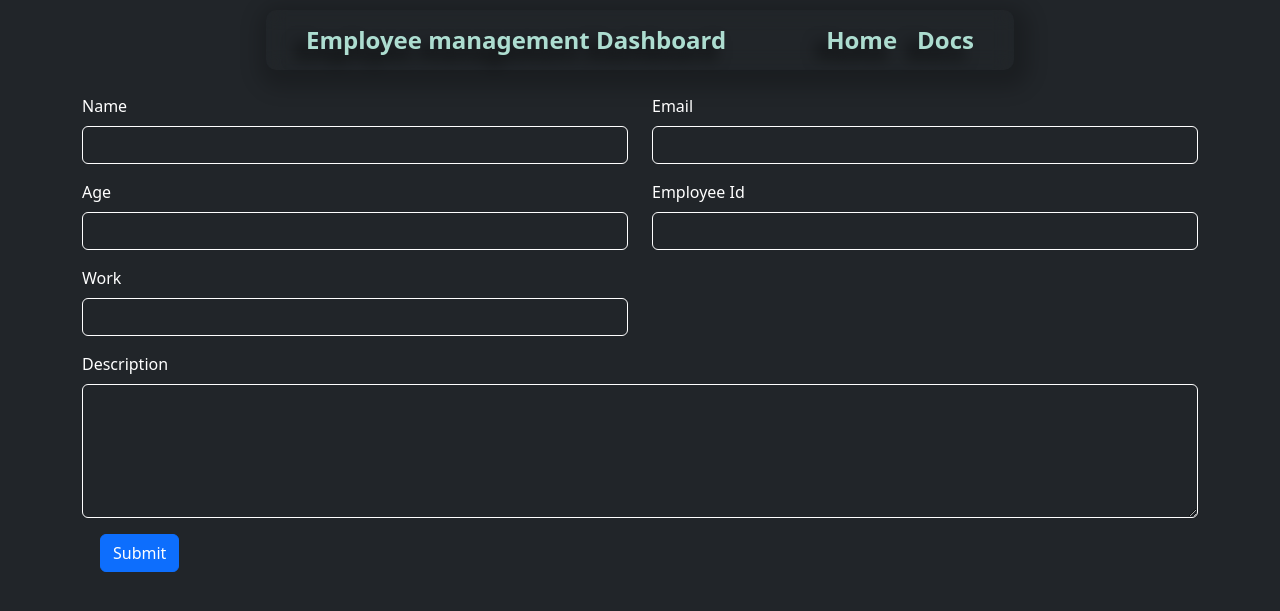
Repository: iamevs/Employee-Management-System
Page: /register (app in client/)
An editor plug-in stored every save of this project. The page is shown before and after the next save, followed by the edit.
The browser window is 1280 px wide. The pictures show the whole page.
The project was rebuilt for these pictures with package versions that can differ from the ones it lists, and the page was loaded fresh each time. Also part of the build but not shown: client/vite.config.js, client/src/components/Home.jsx, client/src/components/Edit.jsx, client/src/components/Hero.jsx. Imported but missing from the stored project, and not drawn on this page: client/src/components/Details.

Above is the page before, as saved 2022-11-29 00:49:26.

### client/index.html
<html lang="en">
  <head>
    <meta charset="UTF-8" />
    <link rel="icon" type="image/svg+xml" href="/vite.svg" />
    <meta name="viewport" content="width=device-width, initial-scale=1.0" />
    <title>employee-management</title>
  </head>
  <body>
    <div id="root"></div>
    <script type="module" src="/src/main.jsx"></script>
  </body>
</html>

### client/src/main.jsx
import React, { StrictMode } from 'react';
import ReactDOM from 'react-dom';
import { createRoot } from "react-dom/client";
import './index.css';
import App from './App';
import { BrowserRouter } from "react-router-dom"
import ContextProvider from "./components/context/ContextProvider";
// root.render(
//   <StrictMode>
//   <ContextProvider>
//     <BrowserRouter>
//       <App />
//     </BrowserRouter>
//   </ContextProvider>
//   </StrictMode>
//   ,
//   document.getElementById('root')
// );


createRoot(document.getElementById('root')).render(
  <ContextProvider>
    <BrowserRouter>
      <App />
    </BrowserRouter>
  </ContextProvider>
)

### client/src/index.css
body {
  margin: 0;
  font-family: -apple-system, BlinkMacSystemFont, 'Segoe UI', 'Roboto', 'Oxygen',
    'Ubuntu', 'Cantarell', 'Fira Sans', 'Droid Sans', 'Helvetica Neue',
    sans-serif;
  -webkit-font-smoothing: antialiased;
  -moz-osx-font-smoothing: grayscale;
  background-color: #212529 !important;
  color: #fff !important;
}

code {
  font-family: source-code-pro, Menlo, Monaco, Consolas, 'Courier New',
    monospace;
}

.btns{
  display: flex;
  justify-content: space-between;
}

.btns > .tool, .tool{
  /* border: 1px solid #fff; */
  backdrop-filter: blur(10px);
  box-shadow: 0px 0px 9px 1px rgb(0 0 0 / 35%);
}

.form-control{
  background-color: #212529 !important;
  color: #C8DBBE !important;
  border: 1px solid #fff !important;
}

### client/src/App.jsx
import './App.css';
import "../node_modules/bootstrap/dist/css/bootstrap.min.css"
import "../node_modules/bootstrap/dist/js/bootstrap.bundle.min.js"
import Navbar from './components/Navbar';
import Home from './components/Home';
import Register from './components/Register';
import Edit from './components/Edit';
import Details from './components/Details';
import Hero from "./components/Hero.jsx";
import {Routes,Route} from "react-router-dom"




function App() {
  return (
   <>
    <Navbar />
    <Routes>
      <Route path="/" element={<Hero/>} />
      <Route  path="/home" element={<Home/>} />
      <Route exact path="/register" element={<Register/>} />
      <Route exact path="/edit/:id" element={<Edit/>} />
      <Route exact path="/view/:id" element={<Details/>} />
    </Routes>

   </>
  );
}

export default App;

### client/src/components/context/ContextProvider.jsx
import React, { createContext, useState } from 'react'


export const adddata = createContext("");
export const updatedata = createContext("");
export const deldata = createContext("");

const ContextProvider = ({ children }) => {

    const [udata, setUdata] = useState("");
    const [updata, setUPdata] = useState("");
    const [dltdata, setDLTdata] = useState("");


    return (
        <adddata.Provider value={{ udata, setUdata }}>
            <updatedata.Provider value={{ updata, setUPdata }}>
                <deldata.Provider value={{dltdata, setDLTdata}}>
                    {children}
                </deldata.Provider>

            </updatedata.Provider>

        </adddata.Provider>
    )
}

export default ContextProvider;

### client/src/App.css
.add_btn{
  text-align: right;
}

.container{
  overflow: auto;
}

.left_view h3{
  font-size: 21px;
}

.left_view p{
  font-weight: 600;
}

.left_view span{
  font-weight: 400;
}

.right_view p{
  font-weight: 600;
}


.right_view span{
  font-weight: 400;
}

### client/src/components/Navbar.jsx
import React from 'react'
import { NavLink } from 'react-router-dom'
import { Box, Stack } from "@mui/material";


const Navbar = () => {
    return (
        <Stack justifyContent={"center"} direction={"row"} marginTop={"10px"}>
            <Box justifyContent={"space-between"} alignItems={"center"} className="navbar navbar-expand-lg text-white" sx={{
                backgroundColor: "transparent",
                backdropFilter: "blur(10px) !important",
                position: "relative",
                color: "white",
                boxShadow: "4px 7px 20px 11px rgb(0 0 0 / 20%)",
                height: "60px",
                padding: "0 40px 0 40px",
                width: "auto",
                borderRadius: "10px"
            }}>
                <Box sx={{
                    fontSize: "1.5rem",
                    color: "#ADDDD0",
                    fontWeight: "600",
                    textShadow: "-10px 10px 15px rgba(0, 0, 0, 0.8)",
                    marginRight: "100px"
                }}>Employee management Dashboard</Box>
                <Box direction={"row"}>
                    <a href="/home" style={{
                        fontSize: "1.5rem",
                        color: "#ADDDD0",
                        fontWeight: "600",
                        textShadow: "-10px 10px 15px rgba(0, 0, 0, 0.8)",
                        textDecoration: "none",
                    }}>Home</a>
                    <a href="/" style={{
                        fontSize: "1.5rem",
                        color: "#ADDDD0",
                        fontWeight: "600",
                        textShadow: "-10px 10px 15px rgba(0, 0, 0, 0.8)",
                        textDecoration: "none",
                        marginLeft: "20px"
                    }}>Docs</a>

                </Box>
            </Box>
        </Stack>
    )
}

export default Navbar

### client/src/components/Register.jsx
import React, { useContext, useState } from 'react'
import { NavLink, useNavigate } from 'react-router-dom'
import { adddata } from './context/ContextProvider';

var link = "http://localhost:8001/create";

const Register = () => {

    const { udata, setUdata } = useContext(adddata);

    const history = useNavigate();

    const [inpval, setINP] = useState({
        name: "",
        email: "",
        age: "",
        mobile: "",
        work: "",
        desc: ""
    })

    const setdata = (e) => {
        console.log(e.target.value);
        const { name, value } = e.target;
        setINP((preval) => {
            return {
                ...preval,
                [name]: value
            }
        })
    }


    const addinpdata = async (e) => {
        e.preventDefault();

        const { name, email, work, mobile, desc, age } = inpval;


        if (name == "") {
            alert("name is required")
        } else if (email == "") {
            alert("email is required")
        } else if (!email.includes("@")) {
            alert("enter valid email")
        } else if (work == "") {
            alert("work is required")
        } else if (mobile == "") {
            alert("emp id is required")
        } else if (age == "") {
            alert("age is required")
        } else {

            const res = await fetch(link, {
                method: "POST",
                headers: {
                    "Content-Type": "application/json"
                },
                body: JSON.stringify({
                    name, email, work, mobile, desc, age
                })
            });

            const data = await res.json();
            console.log(data);

            if (res.status === 422 || !data) {
                console.log("error ");
                alert("error");

            } else {
                history("/home");
                setUdata(data)
                console.log("data added");

            }
        }

    }

    return (
        <div className="container">
            <form className="mt-4">
                <div className="row">
                    <div class="mb-3 col-lg-6 col-md-6 col-12">
                        <label for="exampleInputEmail1" class="form-label">Name</label>
                        <input type="text" value={inpval.name} onChange={setdata} name="name" class="form-control" id="exampleInputEmail1" aria-describedby="emailHelp" />
                    </div>
                    <div class="mb-3 col-lg-6 col-md-6 col-12">
                        <label for="exampleInputPassword1" class="form-label">Email</label>
                        <input type="email" value={inpval.email} onChange={setdata} name="email" class="form-control" id="exampleInputPassword1" />
                    </div>
                    <div class="mb-3 col-lg-6 col-md-6 col-12">
                        <label for="exampleInputPassword1" class="form-label">Age</label>
                        <input type="text" value={inpval.age} onChange={setdata} name="age" class="form-control" id="exampleInputPassword1" />
                    </div>
                    <div class="mb-3 col-lg-6 col-md-6 col-12">
                        <label for="exampleInputPassword1" class="form-label">Employee Id</label>
                        <input type="number" value={inpval.mobile} onChange={setdata} name="mobile" class="form-control" id="exampleInputPassword1" />
                    </div>
                    <div class="mb-3 col-lg-6 col-md-6 col-12">
                        <label for="exampleInputPassword1" class="form-label">Work</label>
                        <input type="text" value={inpval.work} onChange={setdata} name="work" class="form-control" id="exampleInputPassword1" />
                    </div>
                    <div class="mb-3 col-lg-12 col-md-12 col-12">
                        <label for="exampleInputPassword1" class="form-label">Description</label>
                        <textarea name="desc" value={inpval.desc} onChange={setdata} className="form-control" id="" cols="30" rows="5"></textarea>
                    </div>

                    <button type="submit" onClick={addinpdata} class="btn btn-primary" style={{width: "auto", marginLeft: "30px"}}>Submit</button>
                </div>
            </form>
        </div>
    )
}
export default Register;

After the next save:
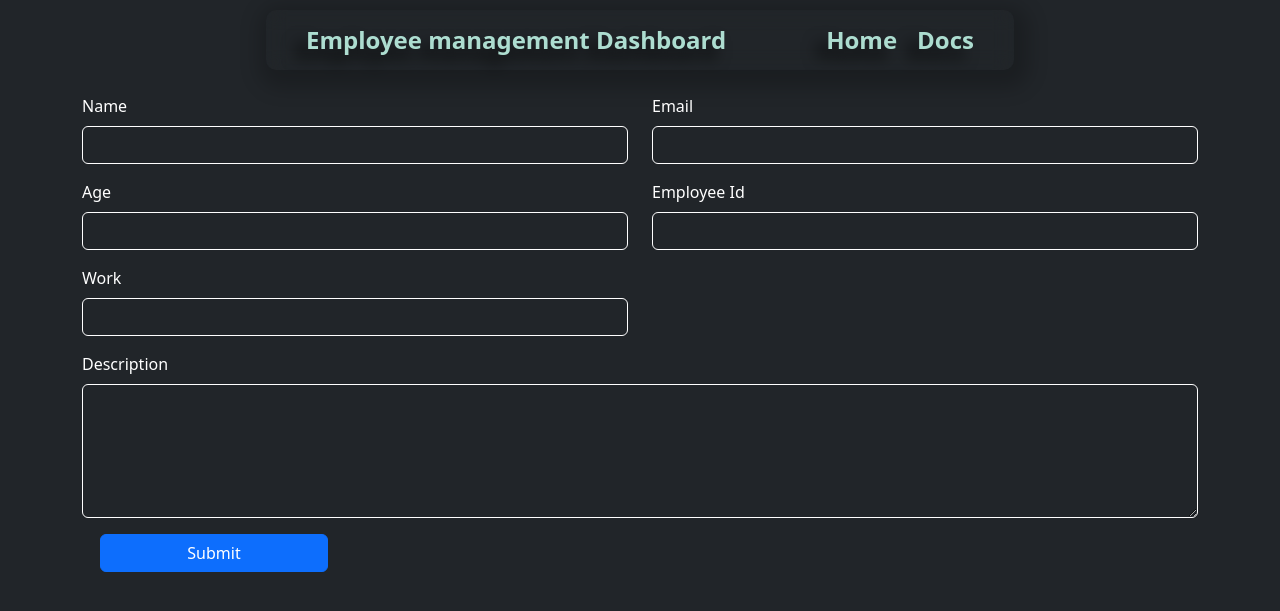
Saved 6 s later.
--- a/client/src/components/Register.jsx
+++ b/client/src/components/Register.jsx
@@ -107,7 +107,7 @@ const Register = () => {
                         <textarea name="desc" value={inpval.desc} onChange={setdata} className="form-control" id="" cols="30" rows="5"></textarea>
                     </div>
 
-                    <button type="submit" onClick={addinpdata} class="btn btn-primary" style={{width: "auto", marginLeft: "30px"}}>Submit</button>
+                    <button type="submit" onClick={addinpdata} class="btn btn-primary" style={{width: "20%", marginLeft: "30px"}}>Submit</button>
                 </div>
             </form>
         </div>
